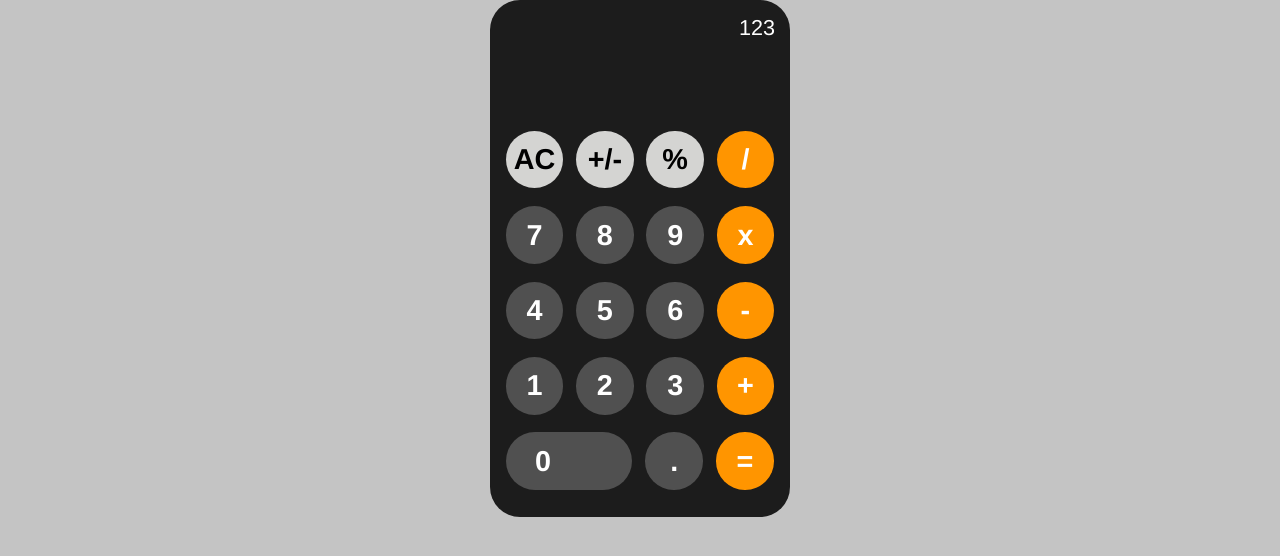
Repository: raulpenate/Calculadora-VUE3
Page: /
These files come from the project's save history. The page is drawn as it stood at one moment and after the next save; the edit follows.
The browser window is 1280 px wide. The pictures show the whole page.
The project was rebuilt for these pictures with package versions that can differ from the ones it lists, and the page was loaded fresh each time. Also part of the build but not shown: src/components/HelloWorld.vue.

Above is the page before, as saved 2022-03-11 14:18:58.

### src/App.vue
<template>
  <HelloWorld msg="Welcome to Your Vue.js App"/>
  <Calculator/>
</template>

<script>
import HelloWorld from './components/HelloWorld.vue'
import Calculator from './components/Calculator.vue'

export default {
  name: 'App',
  components: {
    Calculator
  }
}
</script>

<style>
#app {
  font-family: Avenir, Helvetica, Arial, sans-serif;
}
</style>

### src/components/Calculator.vue
<template>
  <div class="container">
    <div class="carcasa">
      <div class="pantalla">
        <div class="datosanteriores"><label class="">123</label></div>
        <input class="pantallainterna" type="number" name="numero" />
      </div>
      <div class="fila">
        <div class="boton gris">AC</div>
        <div class="boton gris">+/-</div>
        <div class="boton gris">%</div>
        <div class="boton orange">/</div>
      </div>
      <div class="fila">
        <div class="boton">7</div>
        <div class="boton">8</div>
        <div class="boton">9</div>
        <div class="boton orange">x</div>
      </div>
      <div class="fila">
        <div class="boton">4</div>
        <div class="boton">5</div>
        <div class="boton">6</div>
        <div class="boton orange">-</div>
      </div>
      <div class="fila">
        <div class="boton">1</div>
        <div class="boton">2</div>
        <div class="boton">3</div>
        <div class="boton orange">+</div>
      </div>
      <div class="fila final">
        <div class="boton grande">0</div>
        <div class="boton">.</div>
        <div class="boton orange">=</div>
      </div>
    </div>
  </div>
</template>

<script>
export default {};
</script>

<style>
* {
  padding: 0;
  margin: 0;
  box-sizing: border-box;
}

body {
  background: #c4c4c4;
  margin: auto 36%;
  height: 100%;
}

.container {
    height: 100%;
    width: 100%;
    display: flex;
    justify-content: center;
    align-items: center;
}
/* CARCASA */

.carcasa {
  background: #1c1c1c;
  display: flex;
  flex-flow: wrap;
  justify-content: space-between;
  border-radius: 30px;
  max-width: 300px;
}

/* PANTALLA */

.pantalla {
  padding: 5%;
  display: flex;
  flex-wrap: wrap;
  align-content: stretch;
  width: 100%;
}

.pantallainterna {
  display: inline-block;
  position: relative;
  width: 100%;
  background: #1c1c1c;
  color: #ffffff;
  outline: none;
  border: none;
  text-align: right;
  font-size: 8vh;
}

input[type="number"]::-webkit-inner-spin-button,
input[type="number"]::-webkit-outer-spin-button {
  -webkit-appearance: none;
  margin: 0;
}

.datosanteriores {
  font-size: 3vh;
  width: 100%;
  color: #fff;
  text-align: right;
}

/* BOTONES */

.fila {
  width: 100%;
  font-weight: bold;
  display: flex;
  flex-flow: wrap row;
  justify-content: space-evenly;
  margin: 2%;
}

.boton {
  background: #505050;
  color: #ffffff;
  width: 20px;
  height: 20px;
  position: relative;
  font-size: 4vh;
  padding: 10%;
  display: flex;
  justify-content: center;
  align-items: center;
  border-radius: 50%;
  margin: 1%;
}

.orange {
  background: #ff9500;
}

.gris {
  background: #d4d4d2;
  color: #000;
}

.boton:hover {
  background: rgba(255, 255, 255, 0.4);
}

.orange:hover {
  background: rgba(247, 127, 72, 0.9);
}

.inicio {
  margin-top: 1%;
}

.final {
  margin-bottom: 8%;
}

.grande {
  flex-grow: 0.7;
  border-radius: 50px;
  display: flex;
  justify-content: start;
}
</style>

Loaded but not shown: public/index.html (common file); src/main.js (common file)

After the next save:
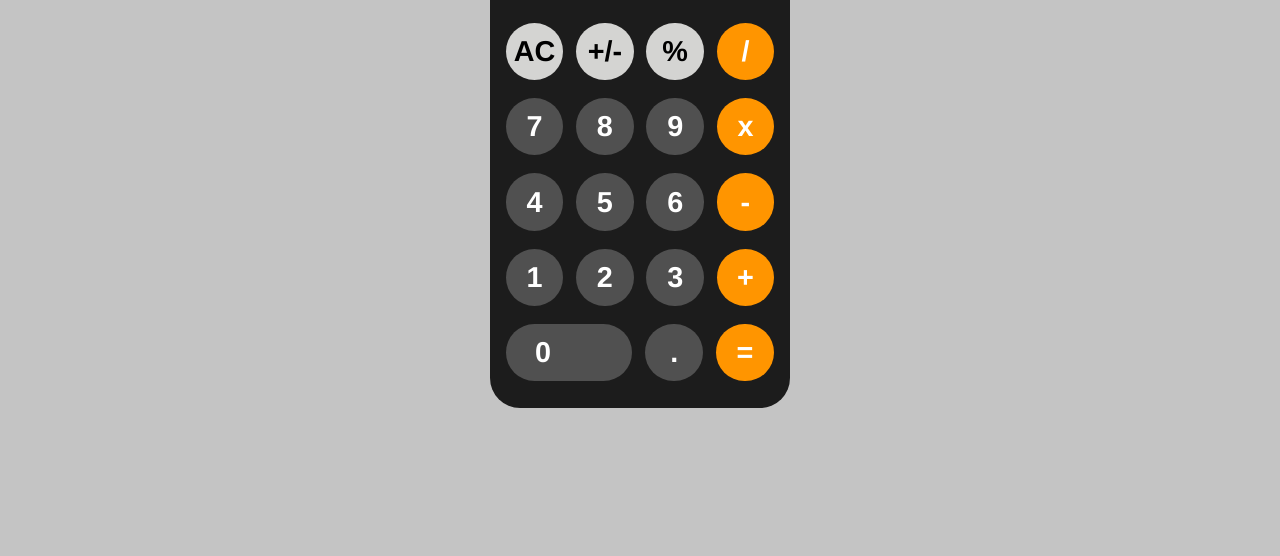
Saved 15 s later.
--- a/src/components/Calculator.vue
+++ b/src/components/Calculator.vue
@@ -56,7 +56,7 @@
 }
 
 .container {
-    height: 100%;
+     height: 300px;
     width: 100%;
     display: flex;
     justify-content: center;

After the 3 saves that followed:
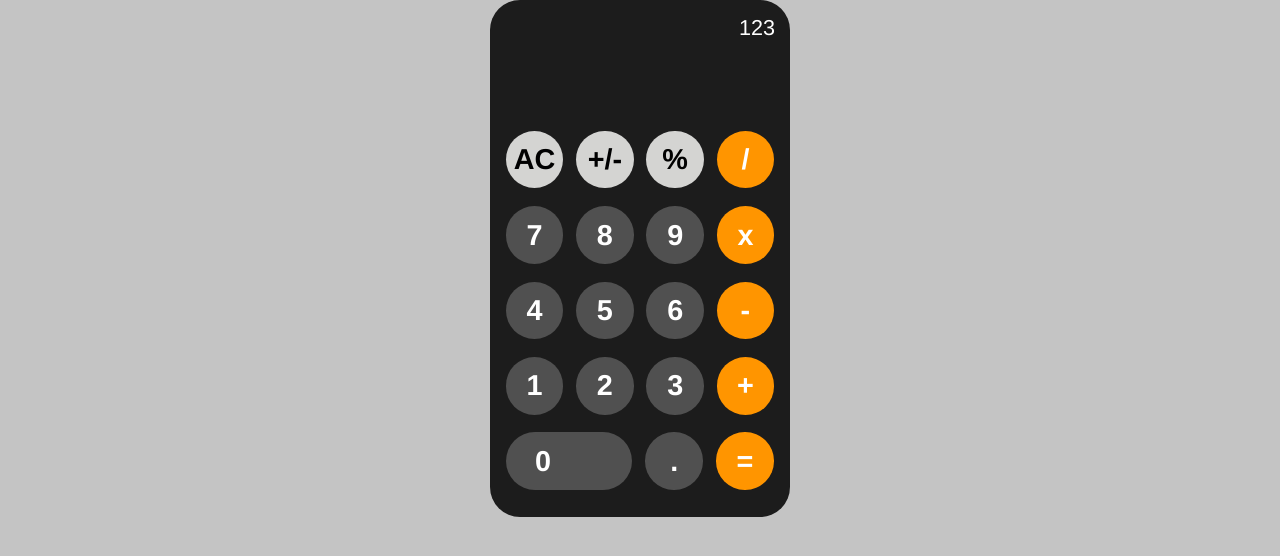
The 3 saves are shown as one change because they came seconds apart.
The last was saved 9 s later.
--- a/src/components/Calculator.vue
+++ b/src/components/Calculator.vue
@@ -56,7 +56,6 @@
 }
 
 .container {
-     height: 300px;
     width: 100%;
     display: flex;
     justify-content: center;
